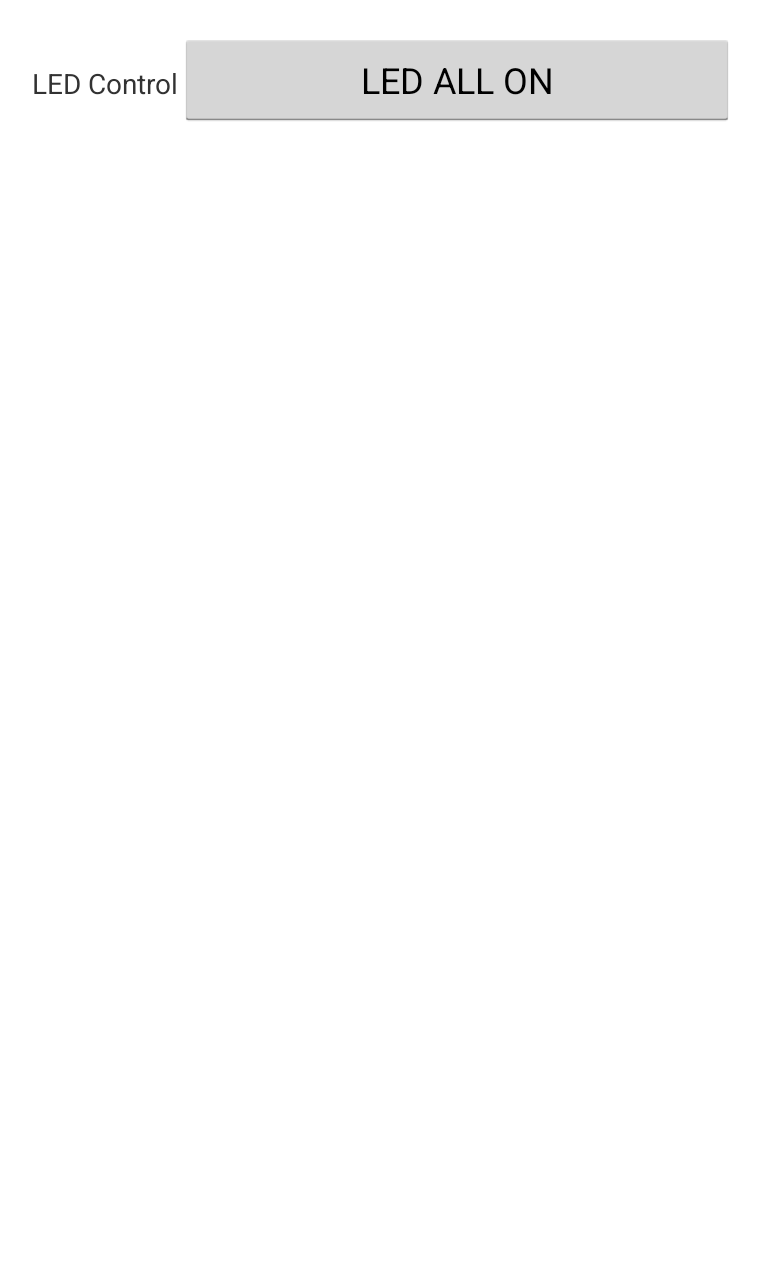
Repository: zgliuyang/android_study
Layout: LedCtrl/res/layout/activity_main.xml
These files come from the project's save history. The layout is drawn as it stood at one moment and after the next save; the edit follows.
It is drawn on a 768 x 1280 px phone screen (xhdpi) without system bars, with theme AppTheme; the app's code is not run.

Above is the layout before, as saved 2020-05-20 16:24:01.

After the next save:
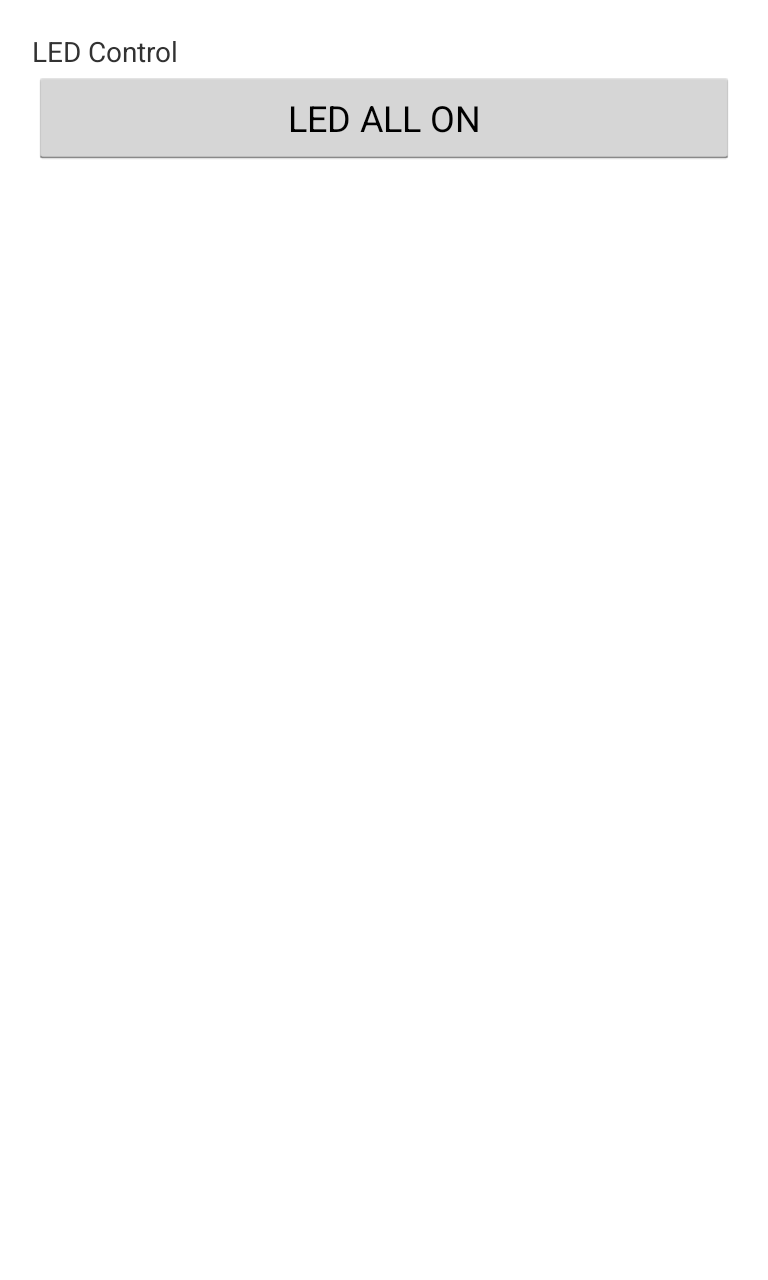
Saved 64 s later.
--- a/LedCtrl/res/layout/activity_main.xml
+++ b/LedCtrl/res/layout/activity_main.xml
@@ -6,7 +6,8 @@
     android:paddingLeft="@dimen/activity_horizontal_margin"
     android:paddingRight="@dimen/activity_horizontal_margin"
     android:paddingTop="@dimen/activity_vertical_margin"
-    tools:context=".MainActivity" >
+    tools:context=".MainActivity"
+    android:orientation="vertical" >
 
     <TextView
         android:layout_width="wrap_content"
